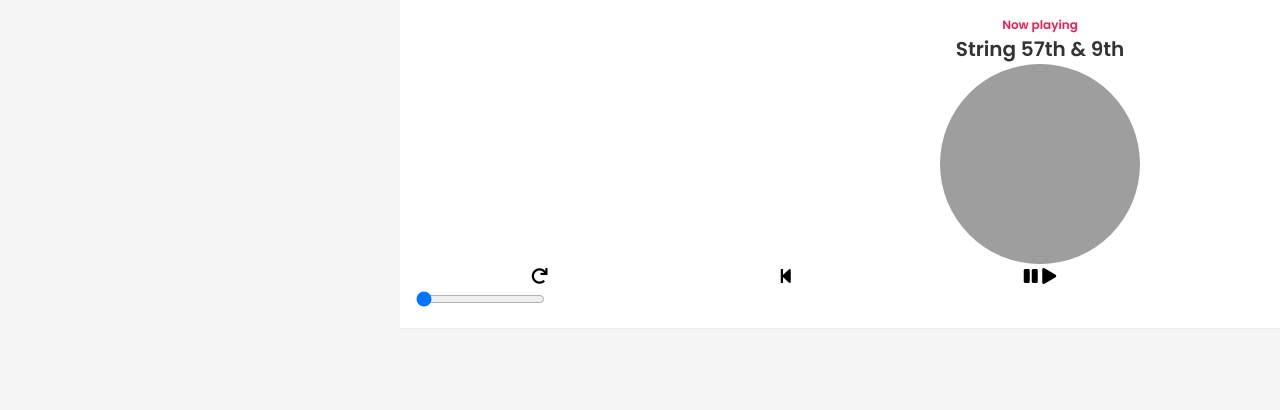
Repository: NBlue/Music_Player
Page: index.html
These files come from the project's save history. The page is drawn as it stood at one moment and after the next save; the edit follows.
The browser window is 1280 px wide. The pictures show the whole page.
Pictures or frames that could not be fetched are drawn as grey boxes.

Above is the page before, as saved 2021-10-12 21:56:15.

### index.html
<!DOCTYPE html>
<html lang="en">
    <head>
        <meta charset="UTF-8" />
        <meta http-equiv="X-UA-Compatible" content="IE=edge" />
        <meta name="viewport" content="width=device-width, initial-scale=1.0" />
        <title>Music player</title>
        <link
            rel="stylesheet"
            href="https://cdnjs.cloudflare.com/ajax/libs/font-awesome/5.15.2/css/all.min.css"
            integrity="sha512-HK5fgLBL+xu6dm/Ii3z4xhlSUyZgTT9tuc/hSrtw6uzJOvgRr2a9jyxxT1ely+B+xFAmJKVSTbpM/CuL7qxO8w=="
            crossorigin="anonymous"
        />
        <link rel="preconnect" href="https://fonts.gstatic.com" />
        <link
            href="https://fonts.googleapis.com/css2?family=Poppins:wght@300;400;600&display=swap"
            rel="stylesheet"
        />

        <link rel="stylesheet" href="./assets/css/style.css" />
    </head>
    <body>
        <div class="player">
            <!-- Dashboard - Bảng điều khiển -->
            <div class="dashboard">
                <!-- Header -->
                <header>
                    <h4>Now playing</h4>
                    <h2>String 57th & 9th</h2>
                </header>

                <!-- CD -->
                <div class="cd">
                    <div
                        class="cd-thumb"
                        style="
                            background-image: url(https://i.ytimg.com/vi/jTLhQf5KJSc/maxresdefault.jpg);
                        "
                    ></div>
                </div>

                <!-- Control -->
                <div class="control">
                    <div class="btn btn-repeat">
                        <i class="fas fa-redo"></i>
                    </div>
                    <div class="btn btn-prev">
                        <i class="fas fa-step-backward"></i>
                    </div>
                    <div class="btn btn-toggle-play">
                        <i class="fas fa-pause icon-pause"></i>
                        <i class="fas fa-play icon-play"></i>
                    </div>
                    <div class="btn btn-next">
                        <i class="fas fa-step-forward"></i>
                    </div>
                    <div class="btn btn-random">
                        <i class="fas fa-random"></i>
                    </div>
                </div>

                <input
                    type="range"
                    id="progress"
                    class="progress"
                    value="0"
                    step="1"
                    min="0"
                    max="100"
                />

                <audio src="" id="audio"></audio>
            </div>

            <!-- Playlist -->
            <div class="playlist">
                <div class="song">
                    <div
                        class="thumb"
                        style="
                            background-image: url(https://i.ytimg.com/vi/jTLhQf5KJSc/maxresdefault.jpg);
                        "
                    ></div>
                    <div class="body">
                        <h3 class="title">Music name</h3>
                        <p class="author">Singer</p>
                    </div>
                    <div class="option">
                        <i class="fas fa-ellipsis-h"></i>
                    </div>
                </div>
                <div class="song">
                    <div
                        class="thumb"
                        style="
                            background-image: url(https://i.ytimg.com/vi/jTLhQf5KJSc/maxresdefault.jpg);
                        "
                    ></div>
                    <div class="body">
                        <h3 class="title">Music name</h3>
                        <p class="author">Singer</p>
                    </div>
                    <div class="option">
                        <i class="fas fa-ellipsis-h"></i>
                    </div>
                </div>
                <div class="song">
                    <div
                        class="thumb"
                        style="
                            background-image: url(https://i.ytimg.com/vi/jTLhQf5KJSc/maxresdefault.jpg);
                        "
                    ></div>
                    <div class="body">
                        <h3 class="title">Music name</h3>
                        <p class="author">Singer</p>
                    </div>
                    <div class="option">
                        <i class="fas fa-ellipsis-h"></i>
                    </div>
                </div>
            </div>
        </div>
    </body>
</html>

### assets/css/style.css
:root {
    --primary-color: #ec1f55;
    --text-color: #333;
}

* {
    padding: 0;
    margin: 0;
    box-sizing: border-box;
}

body {
    background-color: #f5f5f5;
}

html {
    box-sizing: border-box;
    font-family: "Poppins", sans-serif;
}

.player {
    position: relative;
    max-width: 480px;
    margin: 0 auto;
}

.player .icon-pause {
    display: inline-block;
}

.player.playing .icon-play {
    display: none;
}

.dashboard {
    padding: 16px 16px 14px;
    background-color: #fff;
    position: fixed;
    top: 0;
    width: 100%;
    min-width: 480px;
    border-bottom: 1px solid #ebebeb;
}

/* HEADER */
header {
    text-align: center;
    border-bottom: 10px;
}

header h4 {
    color: var(--primary-color);
    font-size: 12px;
}

header h2 {
    color: var(--text-color);
    font-size: 20px;
}

/* CD */
.cd {
    display: flex;
    margin: auto;
    width: 200px;
}

.cd-thumb {
    width: 100%; /*Xét chiều rộng cho ảnh*/
    padding-bottom: 100%; /* Phải padding top hoặc botom thì ảnh mới hiện ra*/
    border-radius: 50%;
    background-color: #333;
    background-size: cover;
    margin: auto;
}

/* CONTROL */
.control {
    display: flex;
    justify-content: space-around;
    align-items: center;
}
.btn {
}
.btn-repeat {
}
.fas {
}
.fa-redo {
}
.btn-prev {
}
.fa-step-backward {
}
.btn-toggle-play {
}
.fa-pause {
}
.icon-pause {
}
.fa-play {
}
.icon-play {
}
.btn-next {
}
.fa-step-forward {
}
.btn-random {
}
.fa-random {
}
.progress {
}
.playlist {
}
.song {
}
.thumb {
}
.body {
}
.title {
}
.author {
}
.option {
}
.fa-ellipsis-h {
}
.btn.btn-repeat {
}
.fas.fa-redo {
}
.btn.btn-prev {
}
.fas.fa-step-backward {
}
.btn.btn-toggle-play {
}
.fas.fa-pause.icon-pause {
}
.fas.fa-play.icon-play {
}
.btn.btn-next {
}
.fas.fa-step-forward {
}
.btn.btn-random {
}
.fas.fa-random {
}
.fas.fa-ellipsis-h {
}

After the next save:
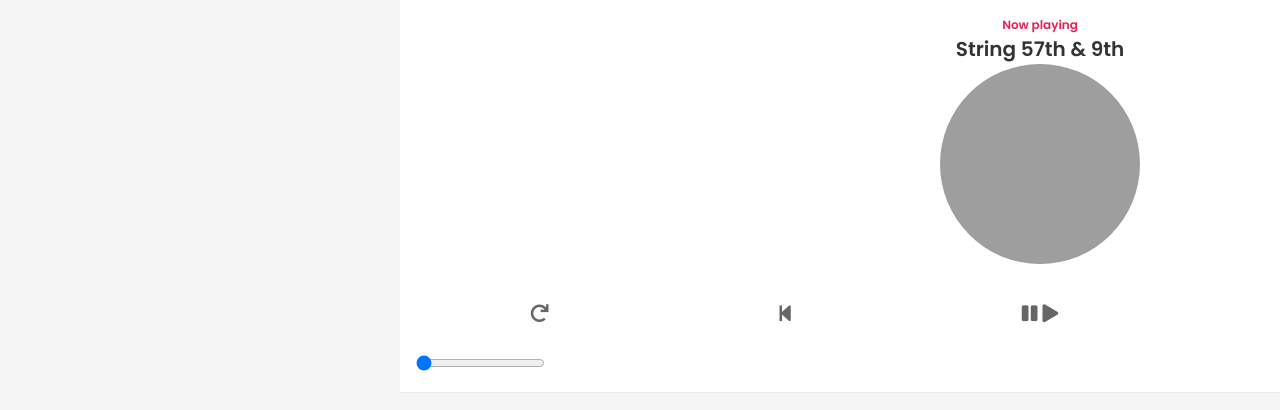
Saved 65 s later.
--- a/assets/css/style.css
+++ b/assets/css/style.css
@@ -79,8 +79,13 @@ header h2 {
     display: flex;
     justify-content: space-around;
     align-items: center;
+    padding: 18px 0 8px 0;
 }
-.btn {
+
+.control .btn {
+    color: #666;
+    padding: 18px;
+    font-size: 18px;
 }
 .btn-repeat {
 }
